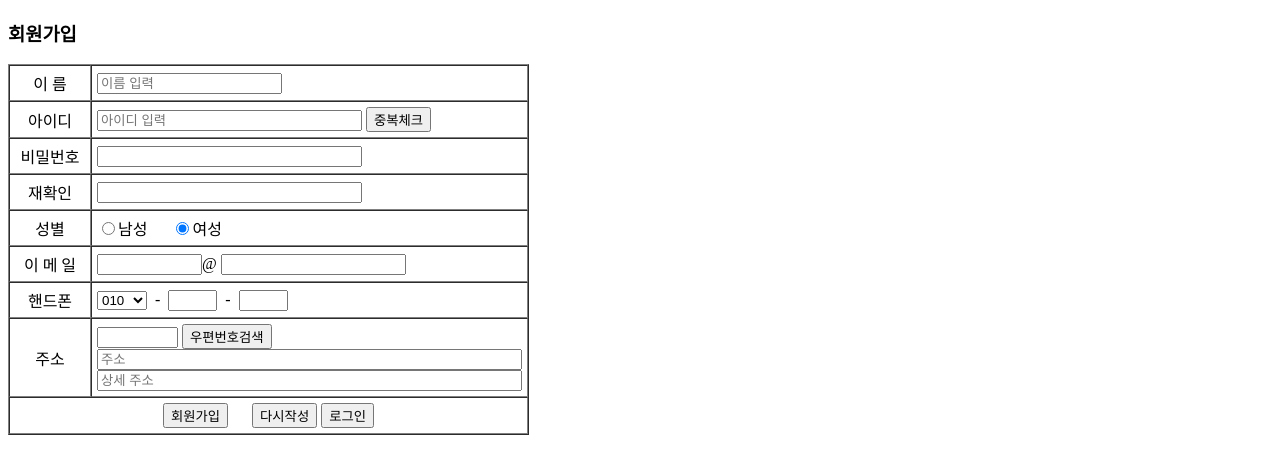
Repository: dahye1013/java-basic-learning
Page: http://localhost/memberJSP/member/writeForm.jsp
An editor plug-in stored every save of this project. The page is shown before and after the next save, followed by the edit.
The browser window is 1280 px wide. The pictures show the whole page.
The page is served by Tomcat 9. Other server files are loaded and not shown.

Above is the page before, as saved 2020-06-04 08:16:09.

### memberJSP/WebContent/member/writeForm.jsp
<%@ page language="java" contentType="text/html; charset=UTF-8"
    pageEncoding="UTF-8"%>
<!DOCTYPE html>

<html>
<head>
<meta charset="UTF-8">
<title>회원가입</title>
</head>
<body>
	<h3>회원가입</h3>
	<form name="writeForm" method="post" action="/memberServlet/WriteServlet">
		<table border="1" cellspacing="0" cellpadding="5">
			<tr>
				<!--1행-->
				<td width="70" align="center">이 름</td>
				<td><input type="text" name="name" id="name" placeholder="이름 입력" ></td>
			</tr>
			<tr>
				<!--2행-->
				<td width="70" align="center">아이디</td>
				<td><input type="text" name="id" placeholder="아이디 입력" size="30" onkeyup="inputIdChk()">
				<input type="button" value="중복체크" onclick="checkId()">
				<input type="hidden" name="idDuplication" value="idUncheck">
				</td>
			</tr>
			<tr>
				<!--3행-->
				<td width="70" align="center">비밀번호</td>
				<td><input type="password" name="pwd" size="30"></td>
			</tr>
			<tr>
				<!--4행-->
				<td width="70" align="center">재확인</td>
				<td><input type="password" name="repwd" size="30"></td>
			</tr>
			<tr>
				<!--5행-->
				<td align="center">성별</td>
				<td><label/><input type='radio' name='gender' value='0' />남성 &emsp;
					<label/><input type='radio' name='gender' value='1' checked />여성</td>
			</tr>
			<tr>
				<td align="center">이 메 일</td>
				<td><input type="text" name="email1" size="10">@
				<input type="email" name="email2" list="defaultEmails">
				<datalist id="defaultEmails">
						<option value="naver.com">
						<option value="gmail.com">
						<option value="hanmail.net">
					</datalist></td>
			</tr>
			<tr>
				<!--7행-->
				<td align="center">핸드폰</td>
				<td><select name="tel1" style="width: 50px">
						<option value="010">010</option>
						<option value="011">011</option>
						<option value="019">019</option>
				</select>
				&nbsp;-&nbsp;
				<input type="text" name="tel2" size="3">
				&nbsp;-&nbsp;
				<input type="text" name="tel3" size="3"></td>
			</tr>
			<tr>
				<!--8행-->
				<td width="70" align="center">주소</td>
				<td><input type="text" name="zipcode" id="zipcode" readonly size="7">
				<input type="button" value="우편번호검색" onclick="checkPost()"><br>
				<input type="text" name="addr1" id="addr1" placeholder="주소" size="50" readonly><br>
				<input type="text" name="addr2" id="addr2" placeholder="상세 주소" size="50" ></td>
			</tr>
			<tr>
				<!--9행-->
				<td colspan="2" align="center">
				<input type="button" value="회원가입" onclick="checkWriteForm()"> &emsp;
			    <input type="reset" value="다시작성">
			     <input type="button" value="로그인" onclick=javascrpit:location.href='login.jsp'>
				</td>
			</tr>
		</table>
	</form>
</body>
<script type="text/javascript" src="../js/member.js"> //http://localhost:8080/memberServlet/js/member.js
</script>
</html>

### memberJSP/WebContent/js/member.js
function checkWriteForm() {
	if(document.getElementById("name").value == ""){
		alert("이름을 입력하세요");
		document.writeForm.name.focus();
	}else if (document.writeForm.id.value == ""){
		alert("아이디를 입력하세요");
		document.writeForm.id.focus();
	}else if (document.writeForm.pwd.value == ""){
		alert("비밀번호를 입력하세요");
		document.writeForm.pwd.focus();
	}else if (document.writeForm.repwd.value == ""){
		alert("비밀번호 재입력하세요");
		document.writeForm.repwd.focus();
	}else if (document.writeForm.pwd.value != document.writeForm.repwd.value){
		alert("비밀번호가 일치하지 않습니다.");
	}else if(document.writeForm.idDuplication.value == "idUncheck"){
		alert("중복체크하십시오.");
	}else{
		alert("회원가입성공.");
		//document.writeForm.submit();
	}
}


function checkLoginForm() {
	if (document.loginForm.id.value == ""){
		alert("아이디를 입력하세요");
		document.loginForm.id.focus();
	}else if (document.loginForm.pwd.value == ""){
		alert("비밀번호를 입력하세요");
		document.loginForm.pwd.focus();
	}else
		alert("로그인 성공");
		//document.loginForm.submit();
}

function checkId(){
	let id = document.writeForm.id.value;
	if(id == ""){
		alert("아이디를 입력하세요");
	}else
		window.open("checkId.jsp?id="+id,"","width=300 height=100 location=yes")
}

function checkIdClose(id) {
		opener.writeForm.id.value = id;
		// 열려있는 창들 중에 WirteForm에서 id.value 값을 쥐어준다.
		opener.writeForm.idDuplication.value = "idCheck";
		window.close();
		opener.wrtieForm.pwd.focus();
	}


function checkPost(){
	window.open("checkPost.jsp" ,"", "width=500 height=500");
}

function inputIdChk(){
	//alert("idUnCheck로 변환");
	document.writeForm.idDuplication.value = "idUncheck";
}

function IdChk(){
	opener.writeForm.idDuplication.value = "idCheck";
}

function checkPost(){
	window.open("checkPost.jsp","","width+500 height=500 scrollbars=yes");
}

function checkPostClose(zipcode, address){
	opener.writeForm.zipcode.value = zipcode;
	opener.writeForm.addr1.value = address;
	window.close();

	opener.writeForm.addr2.focus();
}

After the next save:
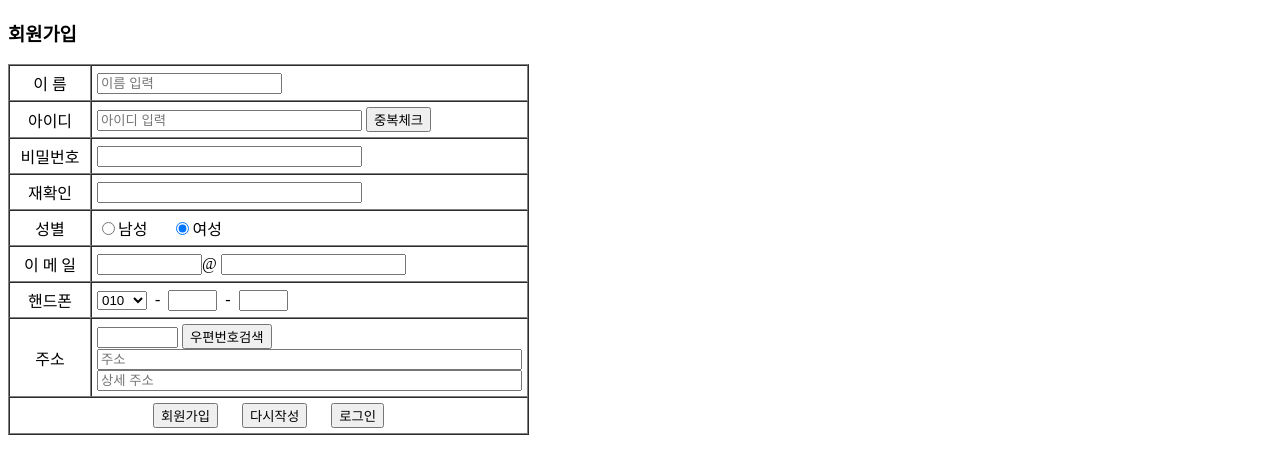
Saved 10 s later.
--- a/memberJSP/WebContent/member/writeForm.jsp
+++ b/memberJSP/WebContent/member/writeForm.jsp
@@ -75,7 +75,7 @@
 				<!--9행-->
 				<td colspan="2" align="center">
 				<input type="button" value="회원가입" onclick="checkWriteForm()"> &emsp;
-			    <input type="reset" value="다시작성">
+			    <input type="reset" value="다시작성"> &emsp;
 			     <input type="button" value="로그인" onclick=javascrpit:location.href='login.jsp'>
 				</td>
 			</tr>
